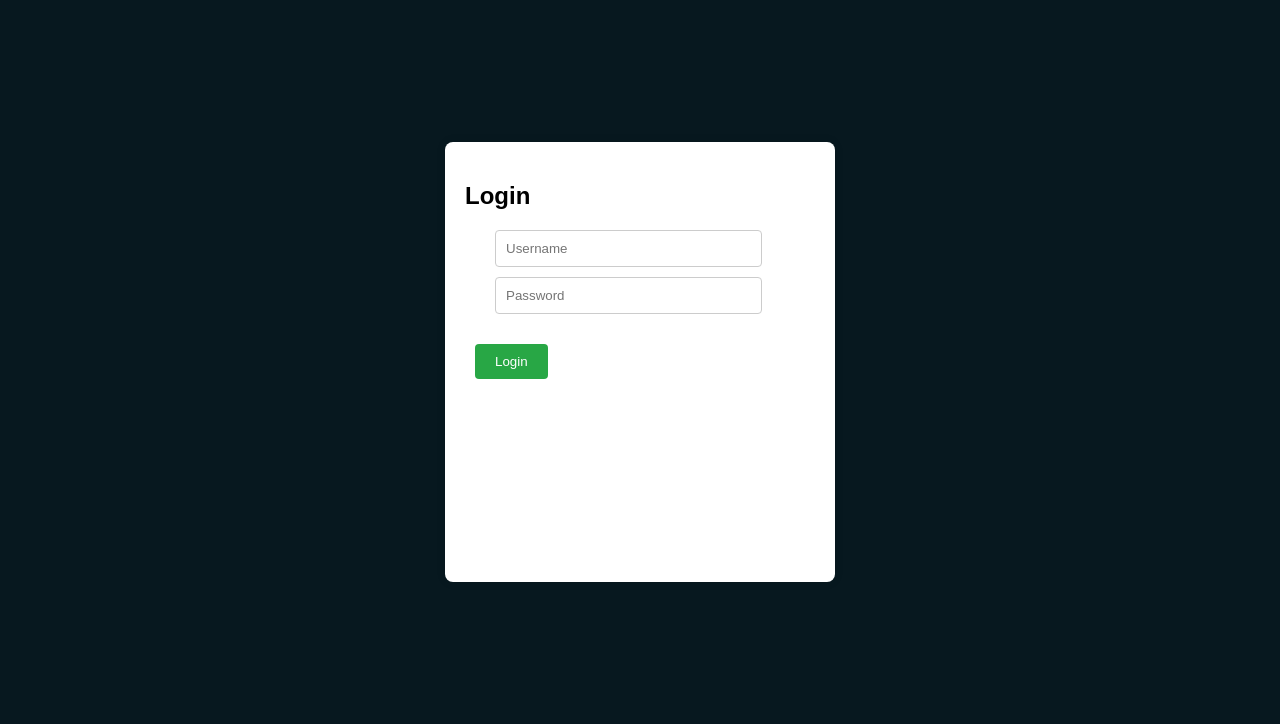
Repository: Anadi-Chauhan/Mentorship-binarybuddy
Page: login.html
An editor plug-in stored every save of this project. The page is shown before and after the next save, followed by the edit.
The browser window is 1280 px wide. The pictures show the whole page.

Above is the page before, as saved 2024-10-19 10:17:19.
Console error: TypeError: Cannot read properties of null (reading 'appendChild')

After the next save:
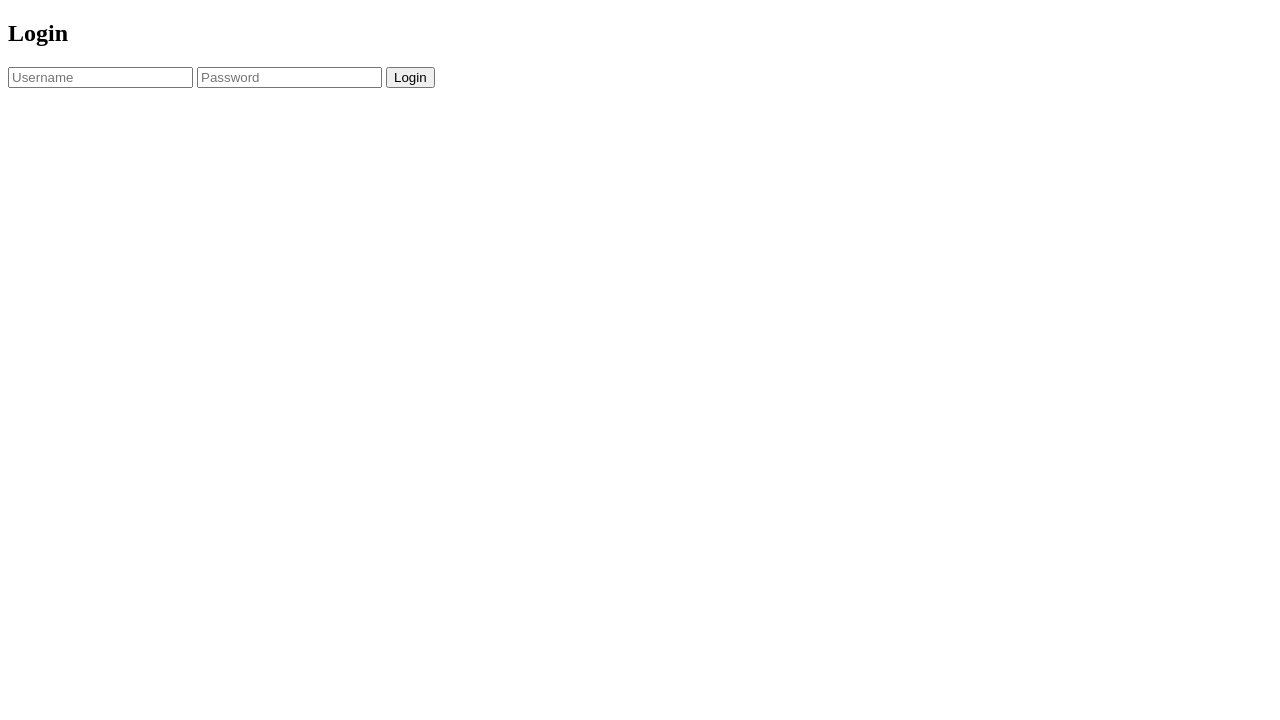
Saved 37 s later.
--- a/login.html
+++ b/login.html
@@ -5,7 +5,7 @@
     <meta name="viewport" content="width=device-width, initial-scale=1.0">
     <title>Login Example</title>
     <link rel="stylesheet" href="stars.css">
-    <link rel="stylesheet" href="login.css">
+    <!-- <link rel="stylesheet" href="login.css"> -->
 </head>
 <body>
     <div class="container">

After the 2 saves that followed:
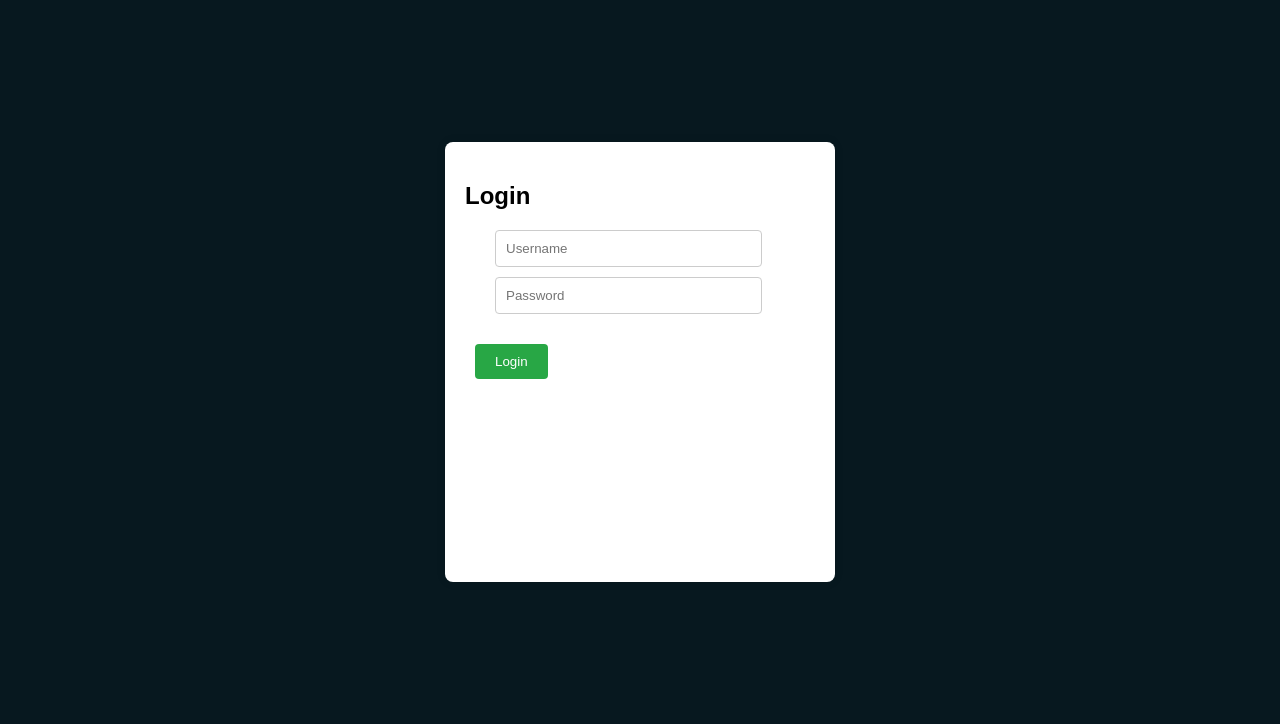
The 2 saves are shown as one change because they came seconds apart.
The last was saved 7 s later.
--- a/login.html
+++ b/login.html
@@ -5,7 +5,7 @@
     <meta name="viewport" content="width=device-width, initial-scale=1.0">
     <title>Login Example</title>
     <link rel="stylesheet" href="stars.css">
-    <!-- <link rel="stylesheet" href="login.css"> -->
+    <link rel="stylesheet" href="login.css">
 </head>
 <body>
     <div class="container">
@@ -24,6 +24,6 @@
     </div>
 
     <script src="stars.js" ></script>
-    <script src="login.js"></script>
+    <!-- <script src="login.js"></script> -->
 </body>
 </html>
